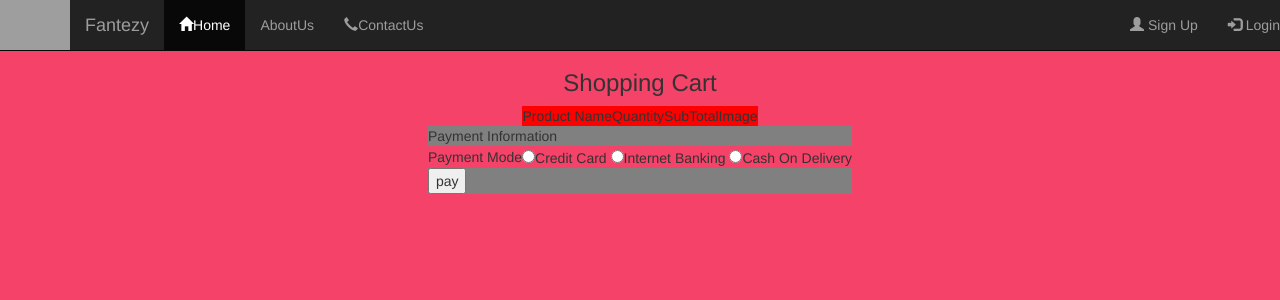
Repository: Safna93/eCommerce-project
Page: http://localhost/FantezyFrontendProject/WEB-INF/views/OrderConfirm.jsp
These files come from the project's save history. The page is drawn as it stood at one moment and after the next save; the edit follows.
The browser window is 1280 px wide. The pictures show the whole page.
Pictures or frames that could not be fetched are drawn as grey boxes. Some web libraries are served in a nearby version. The page is served by Tomcat 9. Nobody is signed in. Other server files are loaded and not shown. The template is opened directly, without the code that normally fills it, so the values that code supplies are empty.

Above is the page before, as saved 2017-07-11 17:36:11.

### Fantezy Project 1/Fantezy/FantezyFrontendProject/src/main/webapp/WEB-INF/views/OrderConfirm.jsp
<%@ page language="java" contentType="text/html"%>
 <%@ taglib uri="http://java.sun.com/jsp/jstl/core" prefix="c" %>
<%@include file="Header.jsp" %>
<table cellspacing="3" align="center" >
<tr>
<td colspan="5"><center><h3>Shopping Cart</h3></center></td>
</tr>
<tr>
<tr bgcolor="red">
<td>Product Name</td>
<td>Quantity</td>
<td>SubTotal</td>
<td>Image</td>
</tr>
<tr>

<c:forEach items="${cartitems }" var="cartitem">
<tr>
<td>${cartitem.prodname }</td>
<td>${cartitem.quantity }</td>
<td><input type="text" value="${cartitem.quantity }" name="quantity" required/></td>
<td>${cartitem.price * cartitem.quantity }</td>
<td><img src="<c:url value='/resources/images/${cartitem.prodid }.jsp'/>" width="100" height="100">
</tr>
<tr>
<td colspan="3">Grant Total</td>
<td>${grandtotal }</td>
</tr>
</table>
</c:forEach>


<table cellspacing="3" cellpadding="2" align="center">
<tr bgcolor="gray">
<td colspan="2">Payment Information</td>
</tr>

<tr>
<td>Payment Mode</td>
<td>
<input type="radio" name="pmode" value="CC" />Credit Card
<input type="radio" name="pmode" value="IB" />Internet Banking
<input type="radio" name="pmode" value="CD" />Cash On Delivery
</td>
</tr>
<tr bgcolor="gray">
<td colspan="2"><input type="submit" value="pay" /></td>
</tr>


</table>
</body>
</html>

### Fantezy Project 1/Fantezy/FantezyFrontendProject/src/main/webapp/WEB-INF/views/Header.jsp
<!DOCTYPE html>
<html lang="en">
<head>
<title>Fatntezy-The Girlz Corner</title>
<meta charset="utf-8">
<meta name="viewport" content="width=device-width, initial-scale=1">
<%@ taglib uri="http://java.sun.com/jsp/jstl/core" prefix="c"%>
<link rel="stylesheet"
	href="https://maxcdn.bootstrapcdn.com/bootstrap/3.3.7/css/bootstrap.min.css">
<link href="<c:url value="/resources/css/Head.css" />" rel="stylesheet">
<script
	src="https://ajax.googleapis.com/ajax/libs/jquery/3.2.1/jquery.min.js"></script>
<script
	src="https://maxcdn.bootstrapcdn.com/bootstrap/3.3.7/js/bootstrap.min.js"></script>
</head>
<body>
<body style="background-color: #f44268">
	<div class="header">
		<div class="container">
			<header style="height: 50px;"></header>
			<!------------- Navbar -------------->
			<nav class="my-nav navbar navbar-inverse bs-dark navbar-fixed-top">
				<div class="navbar-header"></div>


				<div class="collapse navbar-collapse"
					id="bs-example-navbar-collapse-1">
					<ul class="nav navbar-nav">
						<div class="navbar-header">
							<a href="ioo" class="pull-left"><img
								src="http://cdn.wallpapersafari.com/62/23/dgHULI.jpg"
								width="70" height="50"></a>
							<div class="navbar-brand">Fantezy</div>


						</div>


						<li class="active"><a href="ioo"><span
								class="glyphicon glyphicon-home"></span>Home</a></li>

						<li><a href="AboutUs">AboutUs</a></li>
						<li><a href="ContactUs"><span
								class="glyphicon glyphicon-earphone"></span>ContactUs</a></li>


					</ul>
					<ul class="nav navbar-nav navbar-right">
						<li><a href="login"><span
								class="glyphicon glyphicon-log-in"></span> Login</a></li>
					</ul>
					<ul class="nav navbar-nav navbar-right">
						<li><a href="Register"><span
								class="glyphicon glyphicon-user"></span> Sign Up</a></li>

					</ul>
				</div>


				</li>
				</ul>
		</div>
		</nav>
	</div>

	<!----------- !Navbar End ------------>


	</div>

### Fantezy Project 1/Fantezy/FantezyFrontendProject/src/main/webapp/resources/css/Head.css


.bs-dark.navbar-inverse {
  background-color: #222;
  border-color: #080808;
}
.bs-dark .navbar-img {padding:5px 6px !important;}
.bs-dark .navbar-img img {width:40px;}
.bs-dark .dropdown-menu {
  min-width: 200px;
  padding: 5px 0;
  margin: 2px 0 0;
  background-color: #000;
  border: 1px solid rgba(0, 0, 0, 0.7);
  border: 1px solid rgba(0, 0, 0, .15);
  -webkit-box-shadow: 0 6px 12px rgba(0, 0, 0, .175);
          box-shadow: 0 6px 12px rgba(0, 0, 0, .175);
}

.bs-dark .dropdown-menu .divider {
  border: 1px solid rgba(0, 0, 0, 0.8);
}
.bs-dark .dropdown-menu > li > a {
  padding: 6px 20px;
  color: rgba(255,255,255,0.80);
}
.bs-dark .dropdown-menu > li > a:hover,
.bs-dark .dropdown-menu > li > a:focus {
  color: rgba(255,255,255,0.70);
  text-decoration: none;
  background-color: transparent;
}
.bs-dark .dropdown-menu > .active > a,
.bs-dark .dropdown-menu > .active > a:hover,
.bs-dark .dropdown-menu > .active > a:focus {
  color: rgba(255,255,255,0.70);
  text-decoration: none;
  background-color: transparent;
  outline: 0;
}

.bs-dark .navbar-form {
  margin:0;
  margin-top: 5px;
  padding:8px 0px;
}

.bs-dark .navbar-form .search-box {
  border:0px;
  height:35px;
  outline: none;
  width:320px;
  padding-right: 3px;
  padding-left: 15px;
  margin:4px;
  -webkit-border-radius: 22px;
  -moz-border-radius: 22px;
  border-radius: 22px;
}

.bs-dark .navbar-form button {
  border: 0;
  background: none;
  padding: 2px 5px;
  margin-top: 2px;
  position: relative;
  left: -34px;
  margin-bottom: 0;
  -webkit-border-radius: 3px;
  -moz-border-radius: 3px;
  border-radius: 3px;
}

.bs-dark .search-box:focus + button {
  z-index: 3;
}

@media (min-width: 768px) {
    .bs-dark .dropdown:hover {background-color: #000;}
	.bs-dark .dropdown:hover .dropdown-menu {
	  display: block;
	}
	.bs-dark .navbar-form {
	  padding:0px;
	}
	.bs-dark .navbar-form .search-box {
	  width:260px;
	  height:32px;
	}

}

After the next save:
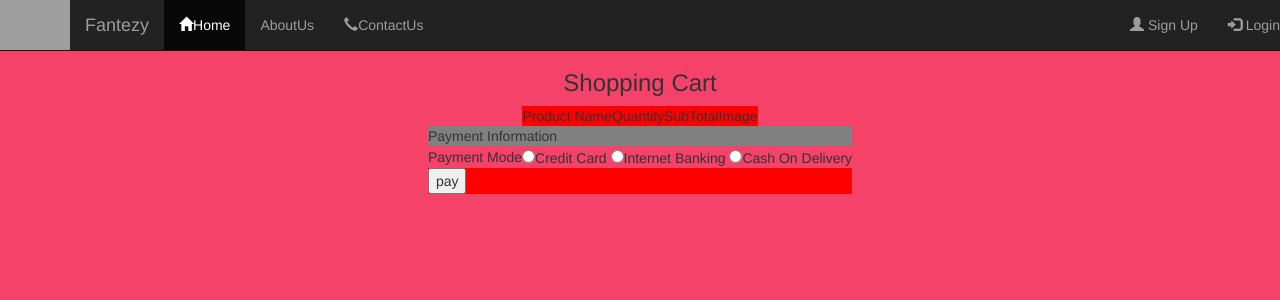
Saved 35 s later.
--- a/Fantezy Project 1/Fantezy/FantezyFrontendProject/src/main/webapp/WEB-INF/views/OrderConfirm.jsp
+++ b/Fantezy Project 1/Fantezy/FantezyFrontendProject/src/main/webapp/WEB-INF/views/OrderConfirm.jsp
@@ -43,7 +43,7 @@
 <input type="radio" name="pmode" value="CD" />Cash On Delivery
 </td>
 </tr>
-<tr bgcolor="gray">
+<tr bgcolor="red">
 <td colspan="2"><input type="submit" value="pay" /></td>
 </tr>
 
